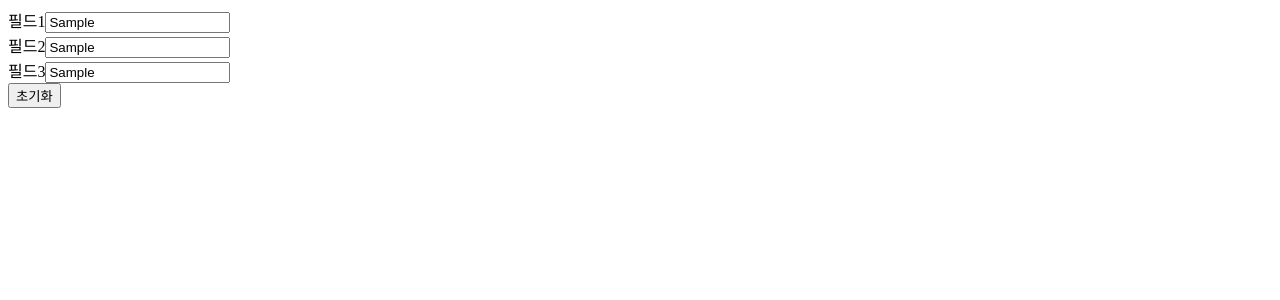
Repository: gwonjunsu95/html5
Page: html5/WebContent/day0501.html
These files come from the project's save history. The page is drawn as it stood at one moment and after the next save; the edit follows.
The browser window is 1280 px wide. The pictures show the whole page.
Empty fields were first filled with sample values (such as "Sample", 5 or name@example.com).
After loading, the first visible `button` was clicked once.

Above is the page before, as saved 2020-04-22 03:59:46.
Console error: ReferenceError: a0 is not defined

After the next save:
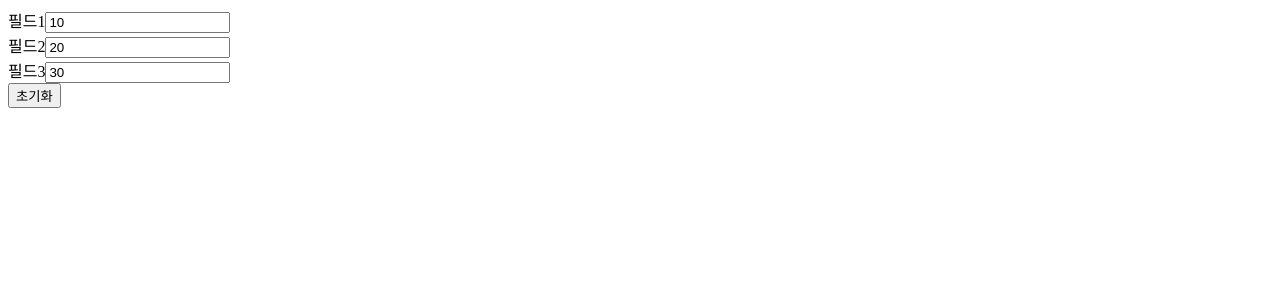
The error is gone.
Saved 25 s later.
--- a/html5/WebContent/day0501.html
+++ b/html5/WebContent/day0501.html
@@ -13,9 +13,9 @@
 	</form>
 	<script>
 		function init() {
-			document.myForm[a0].value = 10;
-			document.myForm[a1].value = 20;
-			document.myForm[a2].value = 30;
+			document.myForm.a0.value = 10;
+			document.myForm.a1.value = 20;
+			document.myForm.a2.value = 30;
 		}
 	</script>
 
